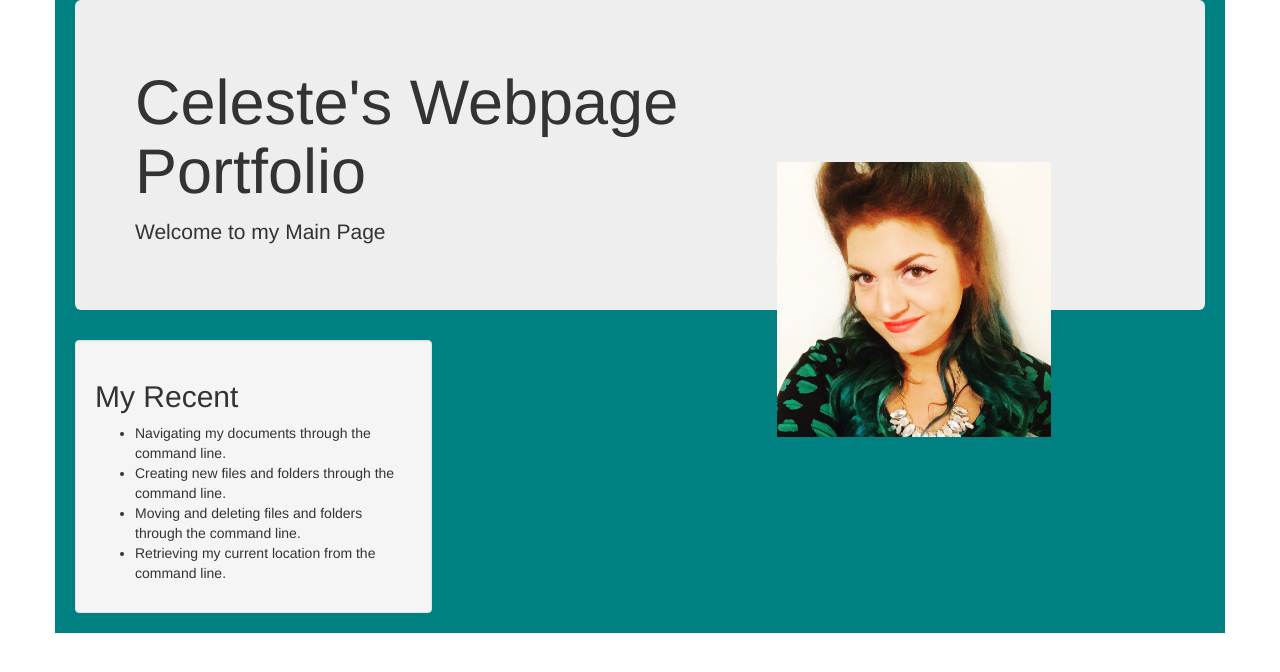
Repository: fieldceleste/portfolio-celeste
Page: portfolio-celeste.html
The author's editor kept a copy of each file at every save. The page is drawn from the files as they stood at one save, then again after the next save.
The browser window is 1280 px wide. The pictures show the whole page.

Above is the page before, as saved 2019-11-01 12:34:19.

### portfolio-celeste.html
<!DOCTYPE html>
<html>
  <head>
    <title>Celeste Field's Portfolio</title>
  <link href="css/bootstrap.css" rel="stylesheet" type="text/css">
  <link href="css/styles.css" rel="stylesheet" type="text/css">

 <body>
    <div class="container">
      <div class="jumbotron">
        <h1><img src="img/celeste.jpeg" class="img" alt="photo of celeste field"> Celeste's Webpage Portfolio </h1>
        <p>Welcome to my Main Page</p>
    </div>
    <div class="row">
      <div class="col-md-4">
        <div class="well">
            <div class=".bg-success">
             </div>
            <h2>My Recent </h2>
          <ul>
            <li>Navigating my documents through the command line.</li>
            <li>Creating new files and folders through the command line.</li>
            <li>Moving and deleting files and folders through the command line.</li>
            <li>Retrieving my current location from the command line.</li>
          </ul>
        </div>



  </body>
</html>

### css/styles.css
img{
float:right;
width: 45%;
height:45%;
padding: 90px;
margin: 4px;
}

Loaded but not shown: css/bootstrap.css (library)

After the next save:
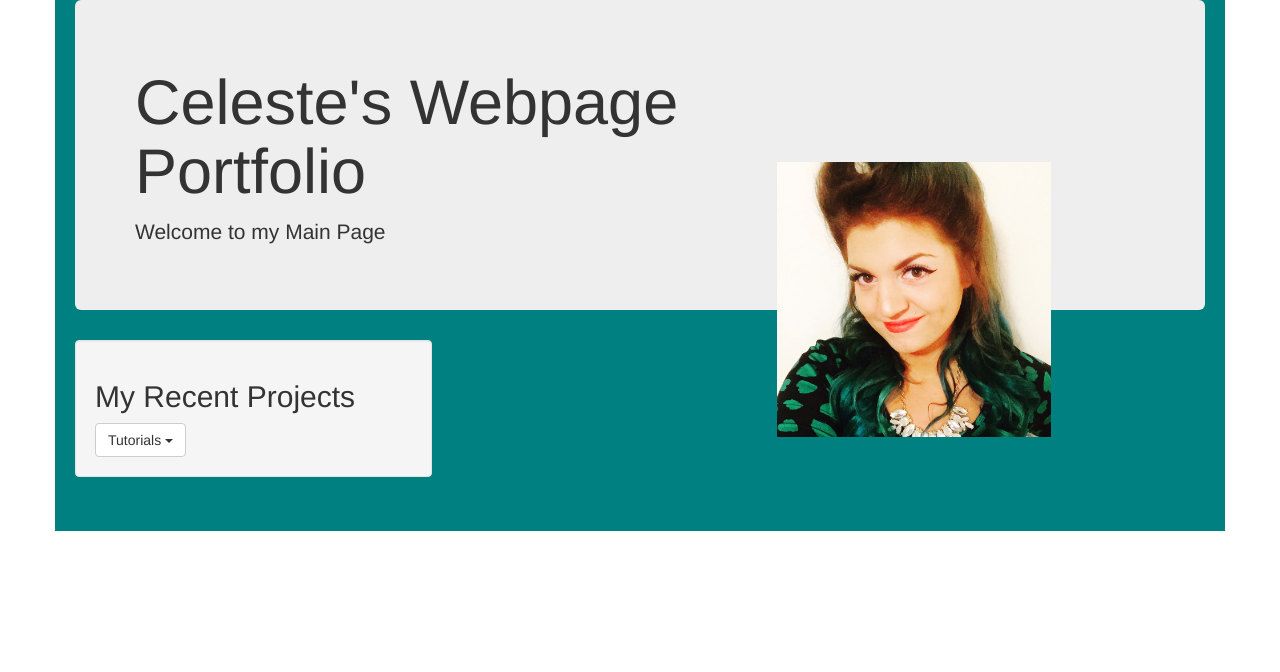
Saved 3 min 5 s later.
--- a/portfolio-celeste.html
+++ b/portfolio-celeste.html
@@ -14,15 +14,19 @@
     <div class="row">
       <div class="col-md-4">
         <div class="well">
-            <div class=".bg-success">
+            <div class="">
              </div>
-            <h2>My Recent </h2>
-          <ul>
-            <li>Navigating my documents through the command line.</li>
-            <li>Creating new files and folders through the command line.</li>
-            <li>Moving and deleting files and folders through the command line.</li>
-            <li>Retrieving my current location from the command line.</li>
-          </ul>
+            <h2>My Recent Projects</h2>
+            <div class="dropdown">
+                    <button class="btn btn-default dropdown-toggle" type="button" data-toggle="dropdown">Tutorials
+                    <span class="caret"></span></button>
+                    <ul class="dropdown-menu">
+                      <li><a href="#">Normal</a></li>
+                      <li class="disabled"><a href="#">Disabled</a></li>
+                      <li class="active"><a href="#">Active</a></li>
+                      <li><a href="#">Normal</a></li>
+                    </ul>
+                  </div>
         </div>
 
 
